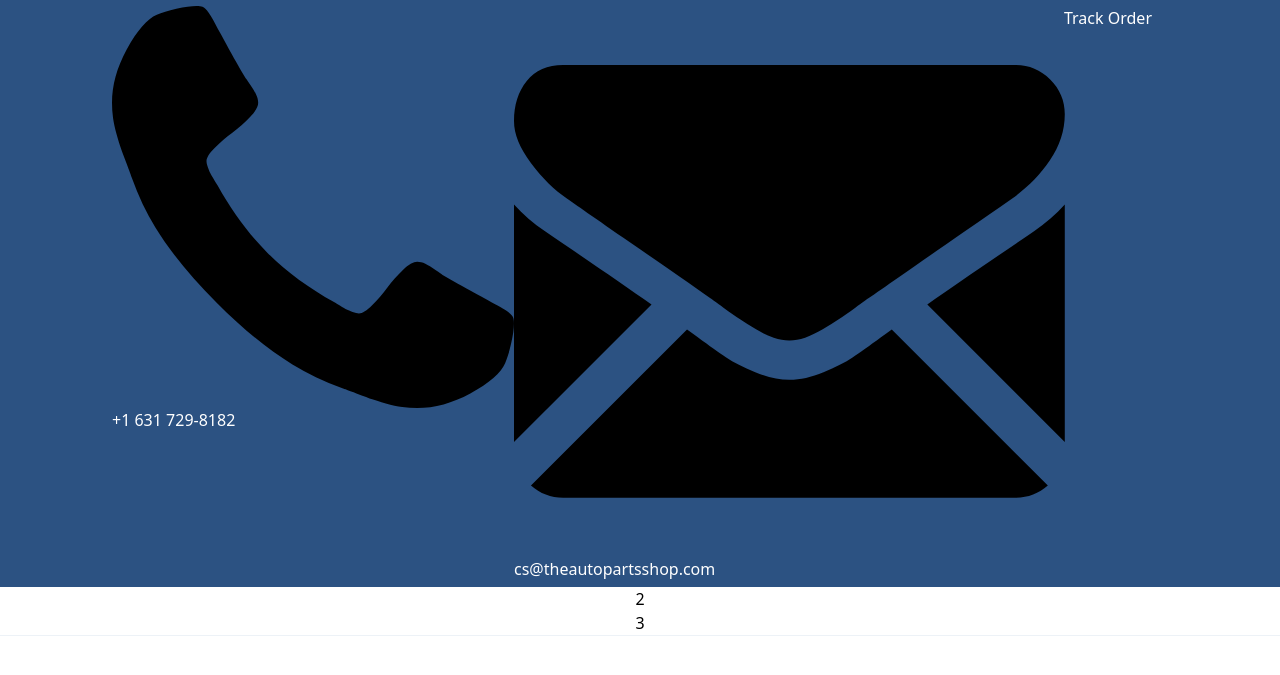
Repository: robindhimanspineor/TAPS-Next
Page: /
The author's editor kept a copy of each file at every save. The page is drawn from the files as they stood at one save, then again after the next save.
The browser window is 1280 px wide. The pictures show the whole page.
The project was rebuilt for these pictures with package versions that can differ from the ones it lists, and the page was loaded fresh each time. The framework's server and built-in components were replaced by stand-ins that run in the browser. Also part of the build but not shown: next.config.js.

Above is the page before, as saved 2021-09-16 15:16:23.

After the next save:
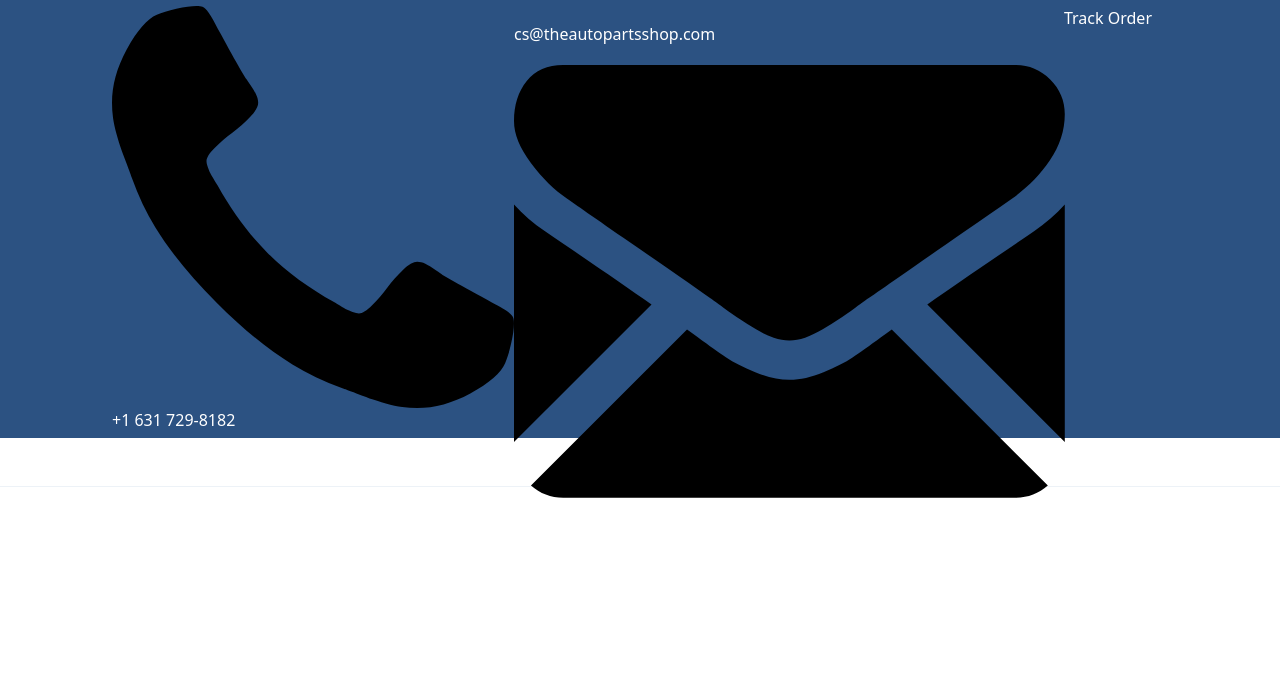
Saved 54 s later.
--- a/src/components/common/header/index.js
+++ b/src/components/common/header/index.js
@@ -14,9 +14,9 @@ const Header = () => {
               +1 631 729-8182
             </div>
             <div className="heap-top email">
-              <span className="text-white h-4 w-4">
+              <div className="text-white h-4 w-4">
                 <MailBoxSvg />
-              </span>
+              </div>
               cs@theautopartsshop.com
             </div>
           </div>
